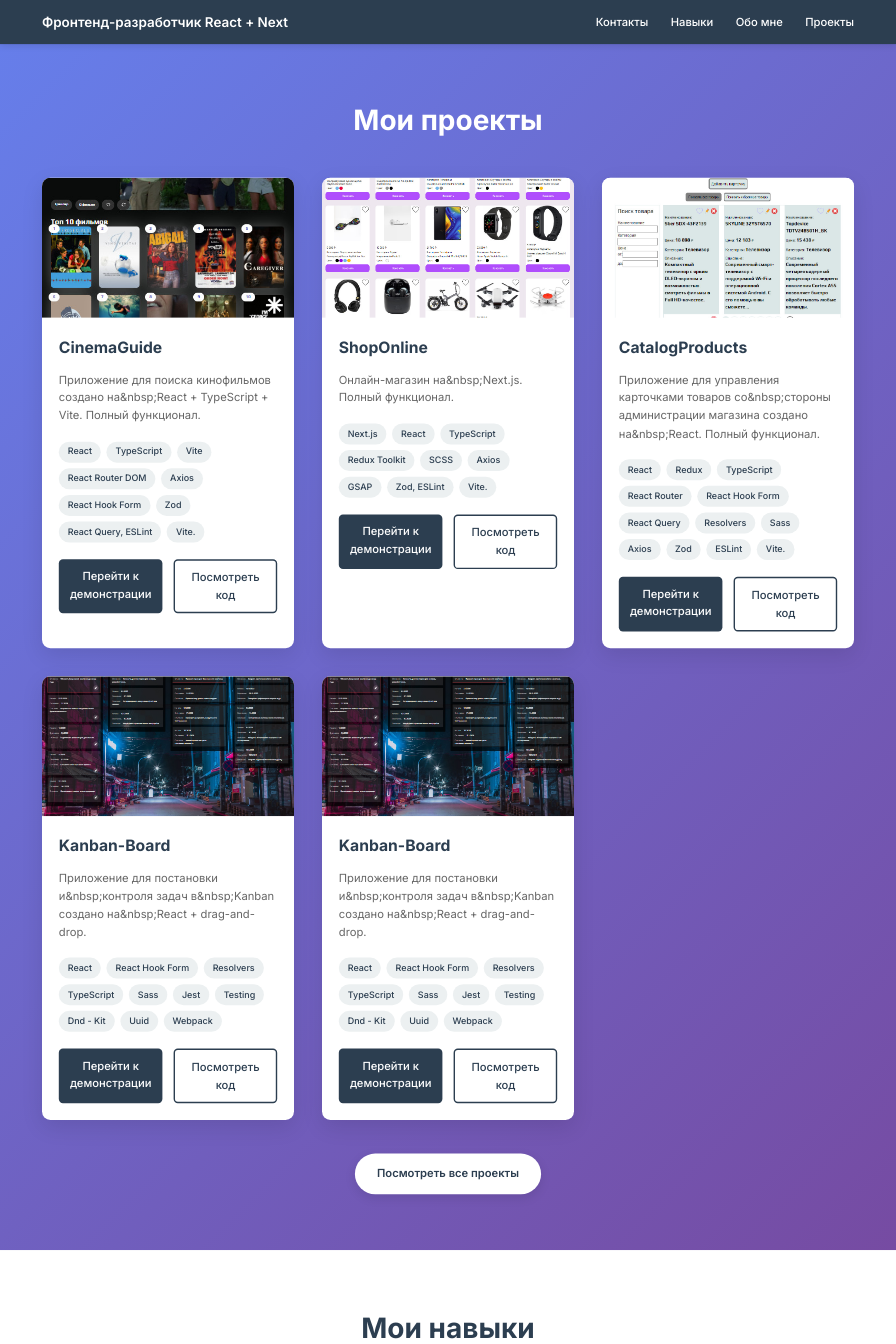
Repository: RostislavZeberg/resume-app
Page: /
The author's editor kept a copy of each file at every save. The page is drawn from the files as they stood at one save, then again after the next save.
The browser window is 1280 px wide. The pictures show the part of the page from y = 0 to 1920 px (the page is 4342 px tall), at 70% of full size.
The project was rebuilt for these pictures with package versions that can differ from the ones it lists, and the page was loaded fresh each time. The framework's server and built-in components were replaced by stand-ins that run in the browser. Also part of the build but not shown: next.config.ts.

Above is the page before, as saved 2025-09-18 14:05:06.

After the next save:
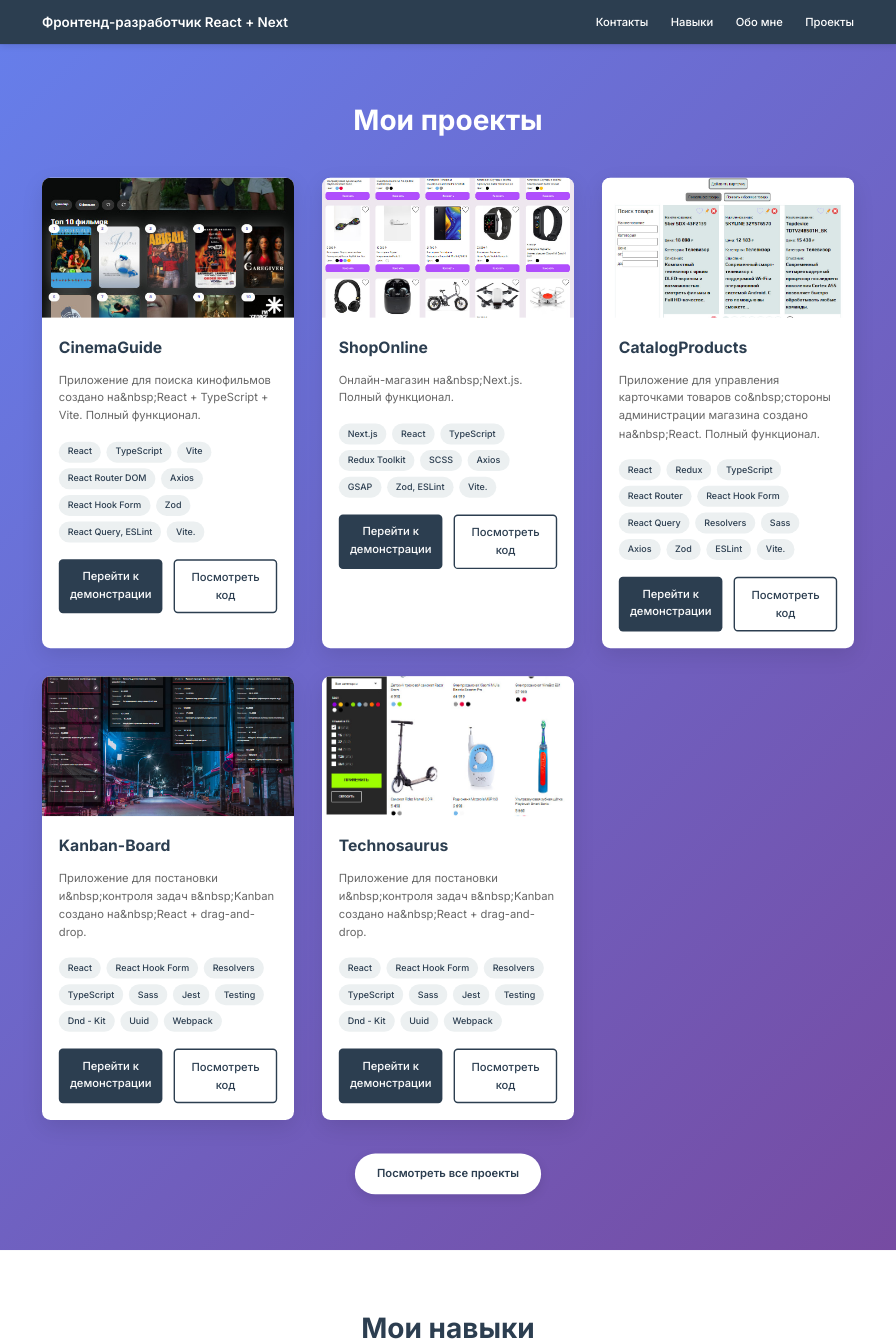
Saved 18 s later.
--- a/info/projects.ts
+++ b/info/projects.ts
@@ -29,7 +29,7 @@ export const projects = [
     technologies: ['React', 'React Hook Form', 'Resolvers', 'TypeScript', 'Sass', 'Jest', 'Testing', 'Dnd - Kit', 'Uuid', 'Webpack']
   },
   {
-    name: 'Kanban-Board',
+    name: 'Technosaurus',
     description: 'Приложение для постановки и&nbsp;контроля задач в&nbsp;Kanban создано на&nbsp;React + drag-and-drop.',
     demoLink: 'https://shop-online-omega.vercel.app/',
     codeLink: 'https://github.com/RostislavZeberg/ShopOnline',
